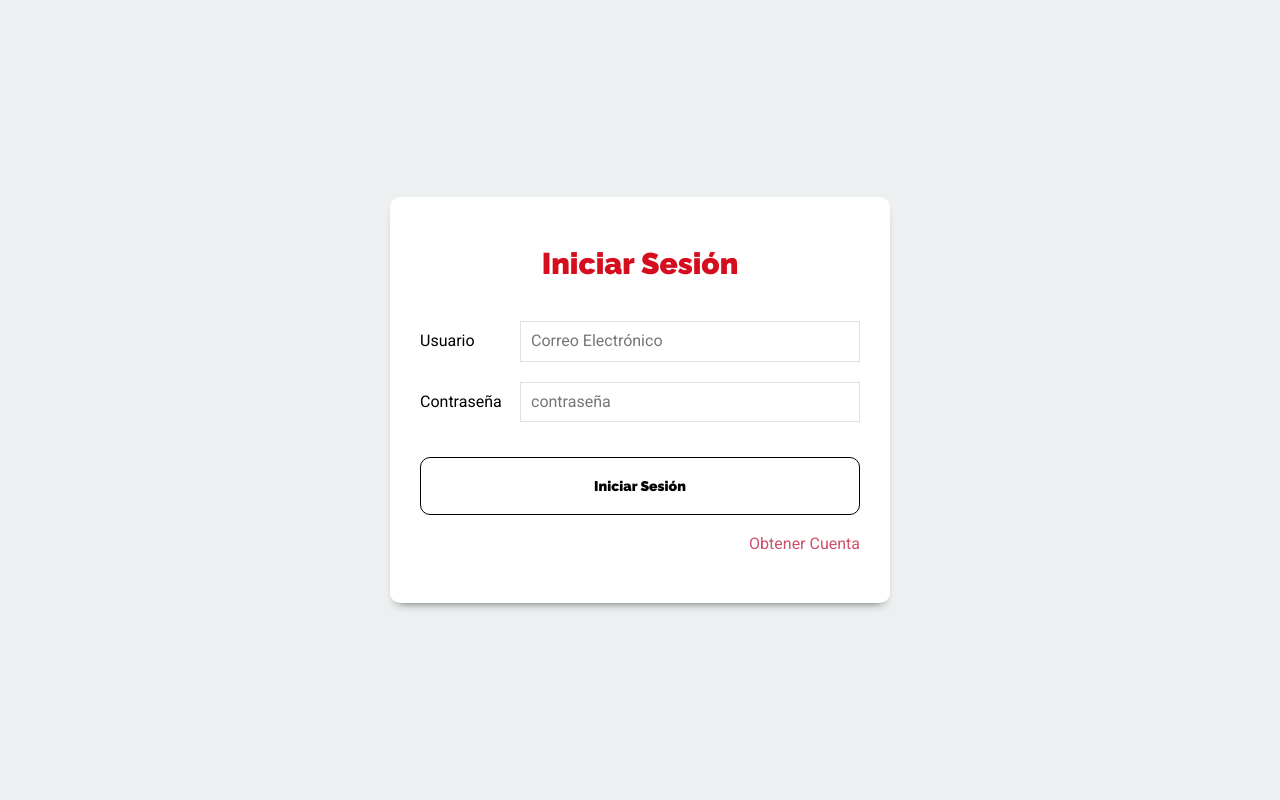
Repository: andrescovarrubias/admin-proyectos
Page: / (app in cliente/)
These files come from the project's save history. The page is drawn as it stood at one moment and after the next save; the edit follows.
The browser window is 1280 px wide. The pictures show the whole page.
The project was rebuilt for these pictures with package versions that can differ from the ones it lists, and the page was loaded fresh each time. Also part of the build but not shown: cliente/src/components/auth/NuevaCuenta.jsx, cliente/src/components/proyectos/NuevoProyecto.jsx, cliente/src/components/layout/SideBar.jsx, cliente/src/components/proyectos/Proyectos.jsx.

Above is the page before, as saved 2020-10-31 17:41:43.

### cliente/src/index.css
:root {
  --blanco: #ffffff;
  --blanco2: #fcf7ff;
  --blanco3: #ecf0f1;
  --azul1: #258ea6;
  --morado1: #4d376d;
  --morado2: #861657;
  --azul2: #1b065e;
  --azul3: #2e4052;
  --rojo: #d60d1e;
  --rojo2: #b8082c;
  --rojo3: #b91a2f;
  --headingFont: "Raleway", sans-serif;
  --textFont: "Roboto", sans-serif;
}
*,
*:before,
*:after {
  box-sizing: inherit;
}
html {
  box-sizing: border-box;
  height: 100%;
  font-size: 62.5%;
}
body {
  min-height: 100%;
  background-color: #ecf0f1;
  font-size: 16px;
  font-size: 1.6rem;
  font-family: var(--textFont);
}

h1,
h2 {
  font-family: var(--headingFont);
  font-weight: 900;
  margin: 0 0 4rem 0;
  text-align: center;
  color: var(--rojo);
}
h1 span {
  font-weight: 400;
}
h1 {
  font-size: 3rem;
}
h2 {
  font-size: 2.4rem;
}
ul {
  list-style: none;
  padding: 0;
  margin: 0;
}
a {
  text-decoration: none;
  color: var(--gris2);
}

/** BOTONES **/
.btn {
  margin-top: 2vh;
  font-family: var(--headingFont);
  padding: 20px;
  font-size: 14px;
  font-weight: bold;
  border-radius: 10px;
  border: 0.5px solid black;
  transition: background-color 0.3s ease;
}
.btn:hover {
  cursor: pointer;
}
.btn-primario {
  background-color: var(--blanco);
  color: black;
}
.btn-primario:hover {
  background: rgb(46, 46, 46);
  color: var(--blanco);
}
.btn-secundario {
  background-color: var(--rojo2);
}
.btn-block {
  display: block;
  width: 100%;
}
.btn-submit:hover {
  background-color: #b91a2f;
}
.btn-blank {
  margin: 0;
  padding: 0;
  display: block;
  background-color: transparent;
}

@media (min-width: 768px) {
  .contenedor-app {
    display: flex;
    min-height: 100vh;
  }

  aside {
    background-color: var(--blanco);
    flex: 0 0 300px;
  }
  .seccion-principal {
    flex: 1;
  }
}

/* BARRA LATERAL */
aside {
  padding: 3rem;
}

.formulario-nuevo-proyecto {
  margin-top: 6rem;
}
.formulario-nuevo-proyecto .input-text {
  border-bottom: 1px solid var(--gris2);
  border-radius: 0;
  background-color: var(--gris1);
}
.formulario-nuevo-proyecto .input-text::placeholder {
  color: var(--gris2);
}
.proyectos {
  margin-top: 5vh;
}
.listado-proyectos li {
  margin-bottom: 2rem;
}
.listado-proyectos li a {
  font-size: 1.4rem;
  color: var(--gris2);
  line-height: 1.5;
  font-weight: 300;
}
.app-header {
  display: flex;
  justify-content: space-between;
  background-color: var(--gris2);
  padding: 4rem;
}
.nombre-usuario {
  color: var(--blanco);
  font-size: 2.2rem;
  margin: 0;
}
.nombre-usuario span {
  font-weight: 900;
}
.nav-principal a {
  color: var(--blanco);
  text-decoration: none;
}
.nav-principal a:first-of-type {
  margin-right: 2rem;
}

/** Formulario crear y editar tareas **/
.formulario {
  background-color: var(--gris3);
  padding: 4rem;
}
.formulario form {
  max-width: 600px;
  margin: 0 auto;
}
.contenedor-input {
  display: flex;
}
.contenedor-input label {
  margin-bottom: 1rem;
  color: var(--blanco);
}
.input-text {
  padding: 1rem;
  border: none;
  border-radius: 0.5rem;
  flex: 1;
  width: 100%;
}

/** TAREAS LISTADO **/
.contenedor-tareas {
  padding: 4rem;
}

.listado-tareas {
  max-width: 600px;
  margin: 0 auto;
}

.tarea {
  display: flex;
  justify-content: space-between;
  background-color: var(--blanco);
  padding: 0.5rem 2rem;
  align-items: center;
  margin-bottom: 1rem;
  border-radius: 0.5rem;
}
.sombra {
  -webkit-box-shadow: 0px 4px 10px -3px rgba(117, 117, 117, 1);
  -moz-box-shadow: 0px 4px 10px -3px rgba(117, 117, 117, 1);
  box-shadow: 0px 4px 10px -3px rgba(117, 117, 117, 1);
}
.sombra-dark {
  -webkit-box-shadow: 0px 6px 11px -8px rgba(0, 0, 0, 0.9);
  -moz-box-shadow: 0px 6px 11px -8px rgba(0, 0, 0, 0.9);
  box-shadow: 0px 6px 11px -8px rgba(0, 0, 0, 0.9);
}
.tarea .acciones .btn:first-of-type {
  margin-right: 1rem;
}
.tarea p {
  font-size: 1.6rem;
  flex: 1;
  padding-right: 2rem;
}
.tarea .btn {
  padding: 0.8rem;
  font-size: 1.4rem;
  border-radius: 0;
  margin: 0;
}

.estado {
  margin-right: 1rem;
}
.estado button,
.mensaje {
  font-weight: 900;
  font-family: var(--textFont);
  font-size: 1rem;
  padding: 0.5rem;
  border-radius: 0.5rem;
  cursor: pointer;
  border: none;
}
.mensaje {
  text-align: center;
  font-size: 1.6rem;
  border-radius: 0;
}
.mensaje:hover {
  cursor: default;
}
.completo,
.correcto {
  background-color: rgba(154, 252, 154, 0.3);
  color: var(--gris3);
}
.incompleto {
  background-color: rgba(255, 178, 178, 0.4);
  color: var(--gris3);
}
.error {
  max-width: 600px;
  margin: 2rem auto 0 auto;
  background-color: rgb(170, 0, 0);
  color: var(--blanco);
}

.tarea-enter,
.proyecto-enter {
  opacity: 0;
}
.tarea-enter-active,
.proyecto-enter-active {
  opacity: 1;
  transition: opacity 200ms;
}
.tarea-exit,
.proyecto-exit {
  opacity: 1;
}
.tarea-exit-active,
.proyecto-exit-active {
  opacity: 0;
  transition: opacity 200ms;
}

.form-usuario {
  height: 100vh;
  min-height: 800px;
  display: flex;
  align-items: center;
  justify-content: center;
}

.contenedor-form {
  padding: 5rem 3rem;
  max-width: 500px;
  width: 95%;
  background-color: var(--blanco);
  border-radius: 1rem;
}
.contenedor-form h1 {
  color: var(--rojo);
}

.campo-form {
  display: flex;
  margin-bottom: 2rem;
  align-items: center;
}
.campo-form:last-of-type {
  margin: 0;
}
.campo-form label {
  flex: 0 0 100px;
  font-family: var(--textFont);
}
.campo-form input[type="password"],
.campo-form input[type="email"],
.campo-form input[type="text"] {
  border: 1px solid #e1e1e1;
  padding: 1rem;
  flex: 1;
}

.enlace-cuenta {
  margin-top: 2rem;
  display: block;
  opacity: 0.7;
  float: right;
  color: var(--rojo2);
}
.enlace-cuenta:hover {
  text-decoration: underline var(--rojo);
}

.alerta {
  position: fixed;
  top: 0;
  left: 0;
  padding: 1rem 3rem;
  border-radius: 1rem;
  font-family: var(--headingFont);
  font-weight: 600;
  text-transform: uppercase;
  font-size: 2.2rem;
  text-align: center;
  width: 100%;
}
@media (min-width: 768px) {
  .alerta {
    width: auto;
    top: 30px;
    right: 10px;
    left: auto;
  }
}

.alerta-ok {
  background-color: rgb(109, 211, 109);
  color: rgb(2, 103, 2);
}
.alerta-error {
  background-color: rgb(230, 78, 78);
  color: var(--blanco);
}

### cliente/src/App.js
import React, {Fragment, useState, useEffect, useContext} from 'react';
import Login from './components/auth/Login';
import NuevaCuenta from './components/auth/NuevaCuenta';
import Proyectos from './components/proyectos/Proyectos';

import {BrowserRouter as Router, Switch, Route} from 'react-router-dom';


function App() {
  return (
    <Router>
      <Switch>
        <Route exact path='/' component = {Login} />
        <Route exact path='/nueva-cuenta' component = {NuevaCuenta} />
        <Route exact path='/proyectos' component = {Proyectos} />
      </Switch>
    </Router>
  );
}

export default App;

### cliente/src/components/auth/Login.jsx
import React, { useState } from 'react';
import {Link} from 'react-router-dom';


const Login = () => {

     // state para iniciar sesion
     const [usuario, guardarUsuario] = useState ({
          email:'',
          password:''
     });

     // extraer el usuario
     const {email, password} = usuario;

     const onChange = e => {
          guardarUsuario({
               ...usuario,
               [e.target.name] : e.target.value
          })
     }


     // cuando el usuario quiere iniciar sesion
     const onSubmit = e => {
          e.preventDefault();

          // validar que no haya campos vacios

          // contraseña minimo de 6 caracteres

          // contraseña iguales

          // pasarlo al action

     }

     return (
          <div className="form-usuario">
               <div className="contenedor-form sombra-dark">
                    <h1>Iniciar Sesión</h1>
                    <form
                         onSubmit = {onSubmit}
                    >
                         <div className="campo-form">
                              <label htmlFor="email">Usuario</label>
                              <input
                                   type="email"
                                   id="email"
                                   name="email"
                                   placeholder="Correo Electrónico"
                                   autocomplete="off"
                                   required
                                   value={email}
                                   onChange={onChange}
                              />
                         </div>
                         <div className="campo-form">
                              <label htmlFor="password">Contraseña</label>
                              <input
                                   type="password"
                                   id="password"
                                   name="password"
                                   placeholder="contraseña"
                                   autocomplete="off"
                                   value={password}
                                   required
                                   onChange={onChange}
                              />
                         </div>

                         <div className="campo-form">
                              <input type="submit" className=" btn btn-primario btn-block" value="Iniciar Sesión"/>
                         </div>
                    </form>
                    <Link to={'/nueva-cuenta'} className="enlace-cuenta">
                         Obtener Cuenta
                    </Link>
               </div>
          </div>
      );
}

export default Login;

Loaded but not shown: cliente/public/index.html (common file); cliente/src/index.js (common file); cliente/src/reportWebVitals.js (common file)

After the next save:
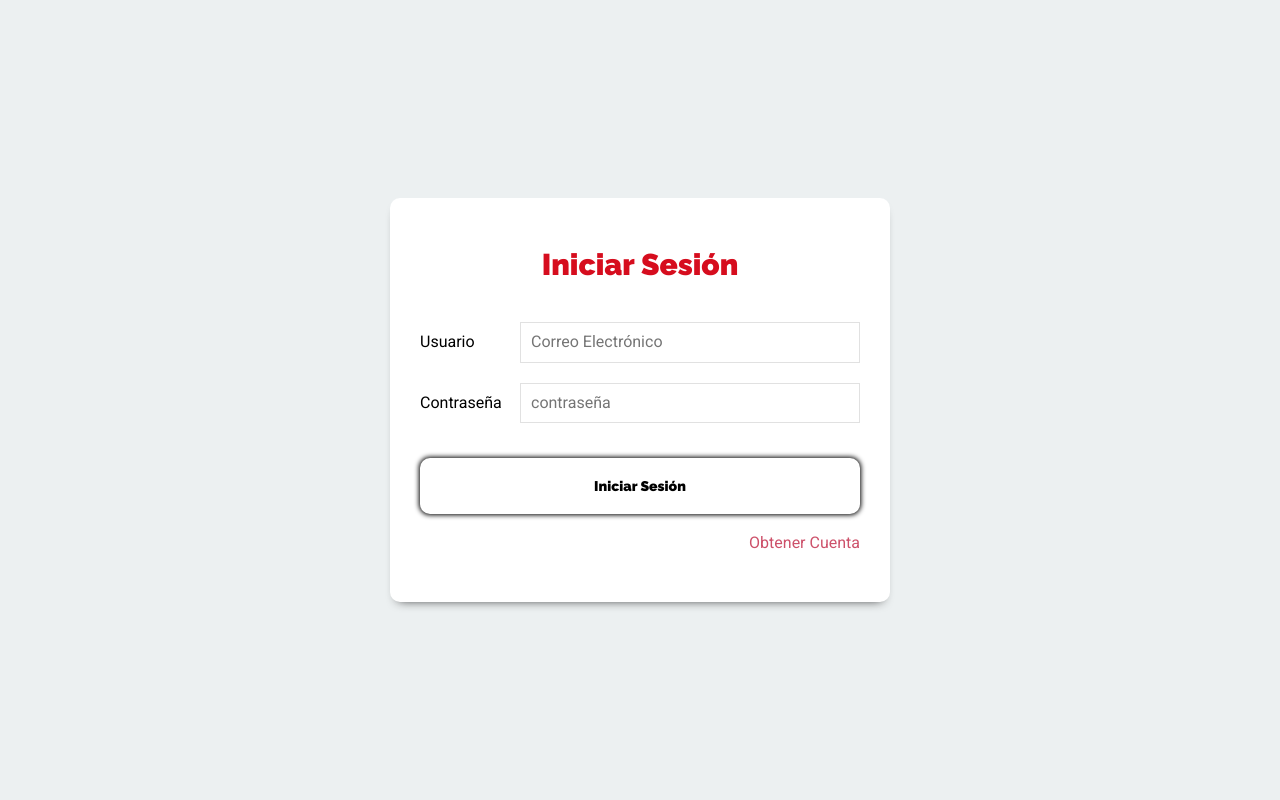
Saved 46 s later.
--- a/cliente/src/index.css
+++ b/cliente/src/index.css
@@ -66,7 +66,8 @@ a {
   font-size: 14px;
   font-weight: bold;
   border-radius: 10px;
-  border: 0.5px solid black;
+  border: none;
+  box-shadow: 0 0 5px 1px black;
   transition: background-color 0.3s ease;
 }
 .btn:hover {
